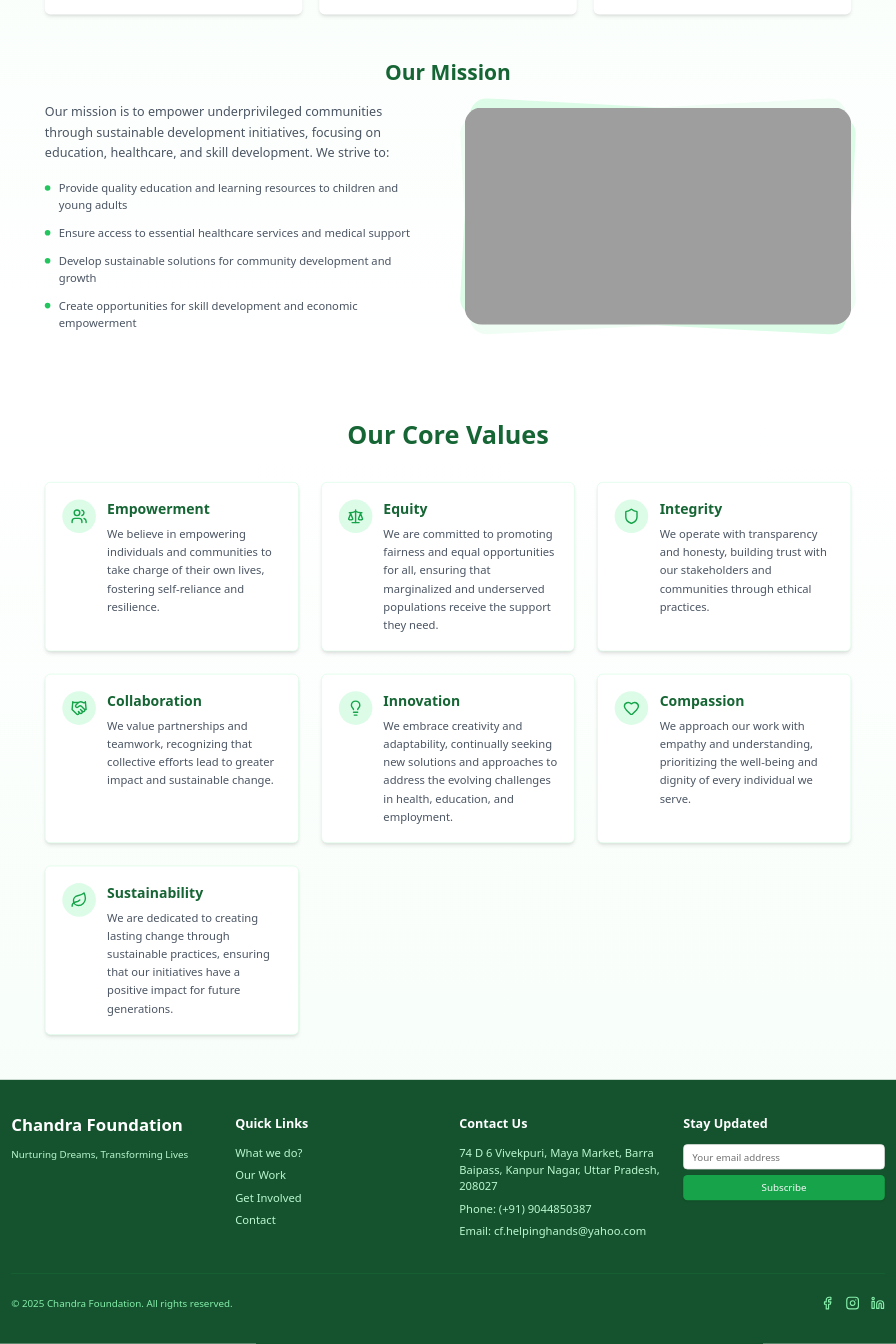
Repository: rajukumar2003/chandra-foundation
Page: /aboutus
These files come from the project's save history. The page is drawn as it stood at one moment and after the next save; the edit follows.
The browser window is 1280 px wide. The pictures show the part of the page from y = 1781 to 3701 px (the page is 3701 px tall before and 3623 px after), at 70% of full size.
Pictures or frames that could not be fetched are drawn as grey boxes. The project was rebuilt for these pictures with package versions that can differ from the ones it lists, and the page was loaded fresh each time. The framework's server and built-in components were replaced by stand-ins that run in the browser. Also part of the build but not shown: next.config.ts.

Above is the page before, as saved 2025-01-30 20:14:24.

After the next save:
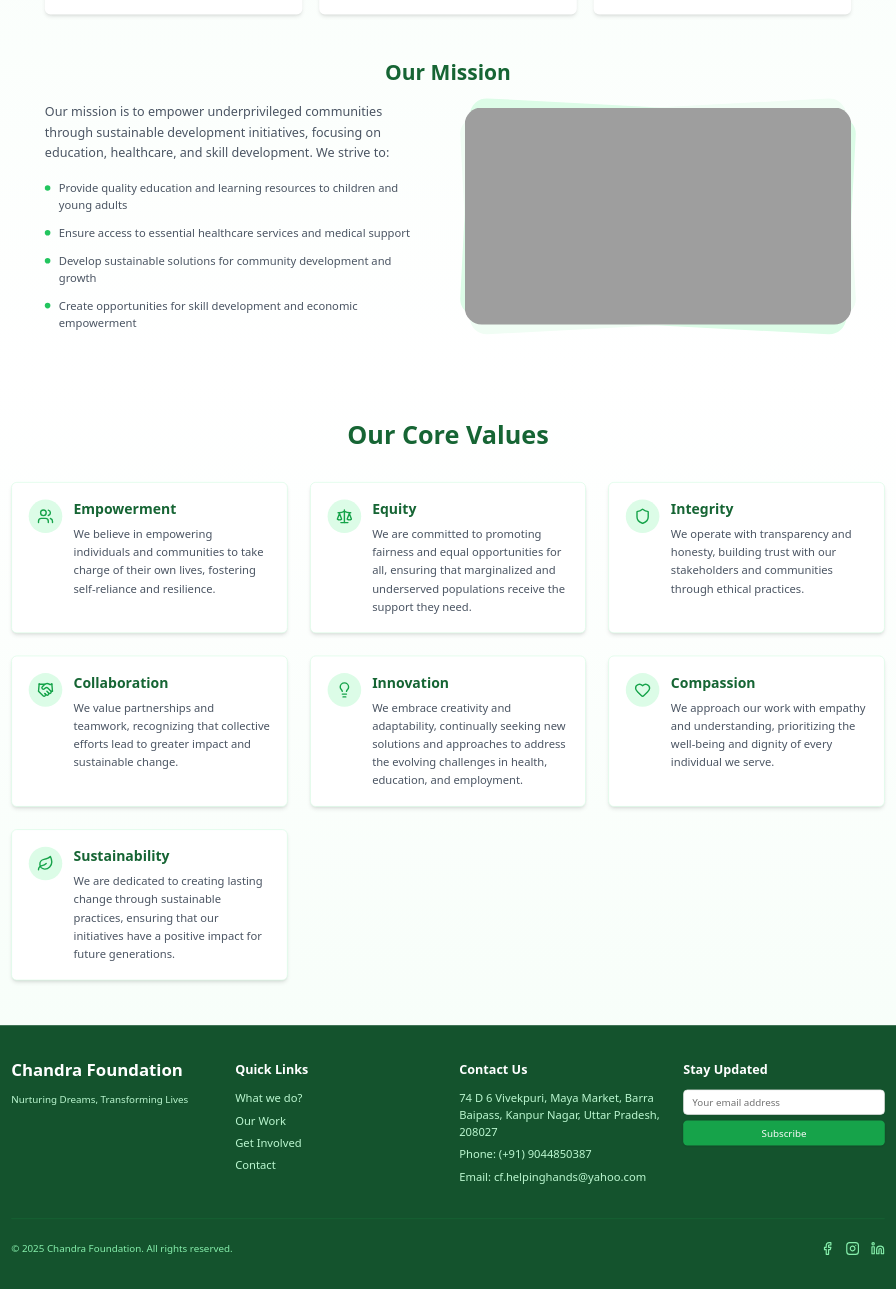
Saved 10 s later.
--- a/app/components/CoreValues.tsx
+++ b/app/components/CoreValues.tsx
@@ -63,7 +63,7 @@
           {/* <div className="w-20 h-1 bg-green-600 mx-auto mb-6"></div> */}
         </motion.div>
 
-        <div className="grid gap-8 md:grid-cols-2 lg:grid-cols-3 max-w-6xl mx-auto">
+        <div className="grid gap-8 md:grid-cols-2 lg:grid-cols-3 max-w-9xl mx-auto">
           {coreValues.map((value, index) => (
             <motion.div
               key={value.title}

After the save that followed:
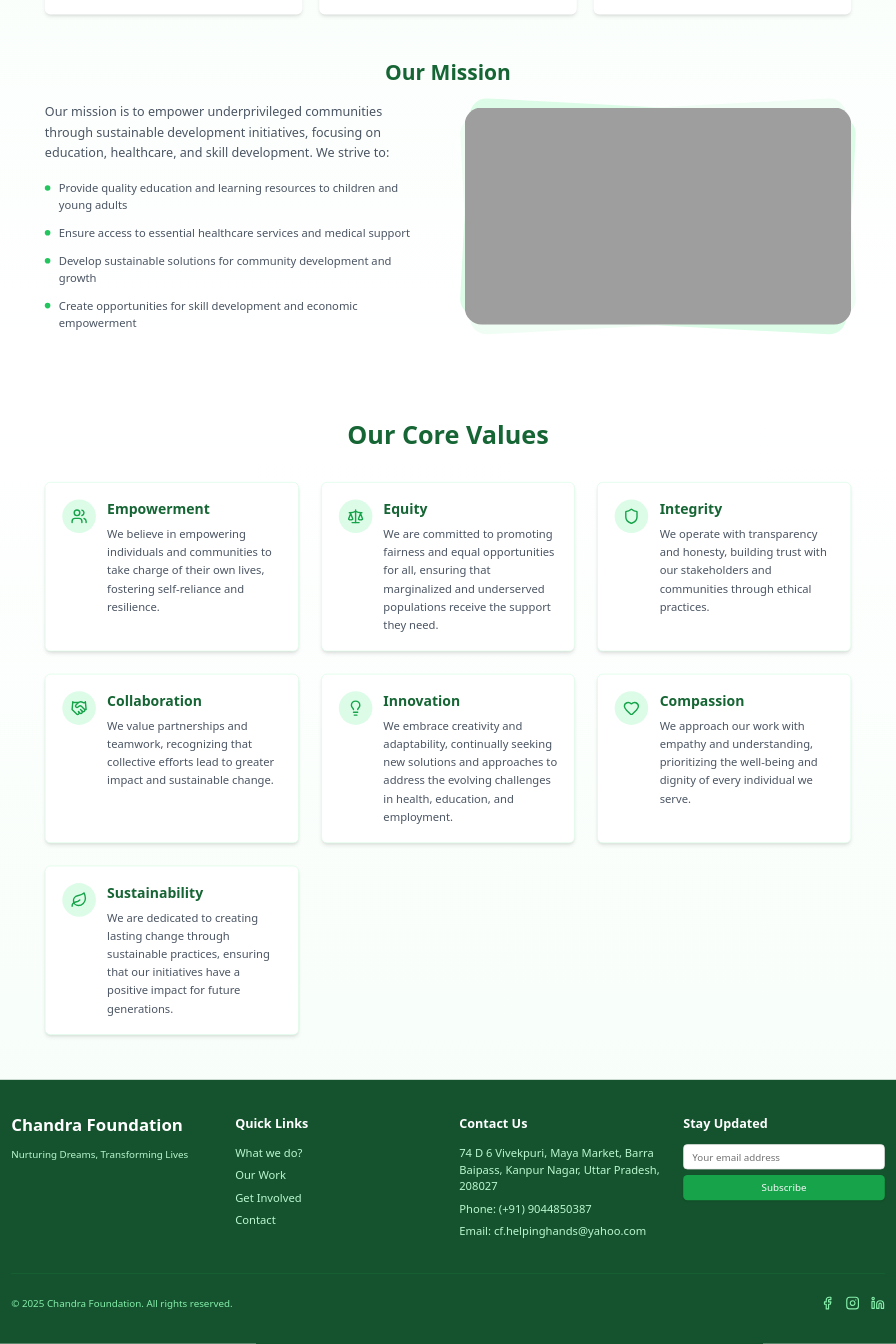
Saved 40 s later.
--- a/app/components/CoreValues.tsx
+++ b/app/components/CoreValues.tsx
@@ -63,7 +63,7 @@
           {/* <div className="w-20 h-1 bg-green-600 mx-auto mb-6"></div> */}
         </motion.div>
 
-        <div className="grid gap-8 md:grid-cols-2 lg:grid-cols-3 max-w-9xl mx-auto">
+        <div className="grid gap-8 md:grid-cols-2 lg:grid-cols-3 max-w-6xl mx-auto">
           {coreValues.map((value, index) => (
             <motion.div
               key={value.title}
